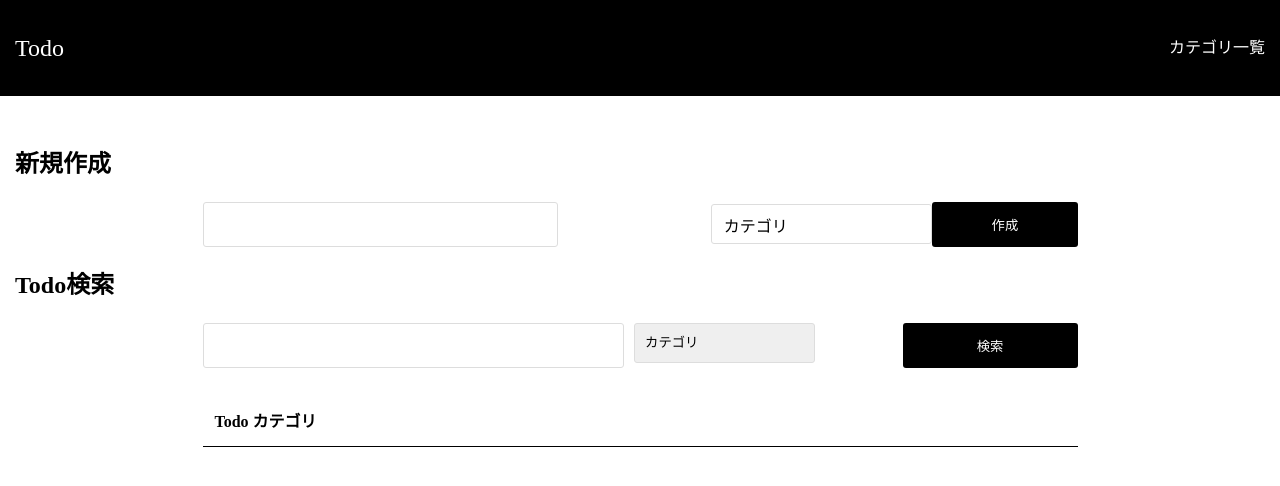
Repository: mayu-ya/todo4
Page: http://localhost/
The author's editor kept a copy of each file at every save. The page is drawn from the files as they stood at one save, then again after the next save.
The browser window is 1280 px wide. The pictures show the whole page.
The page is served by the project's Laravel application, run on PHP 8.4 with Laravel 8. Queries for data that is not in the repository find no rows.

Above is the page before, as saved 2026-01-13 16:16:04.

After the next save:
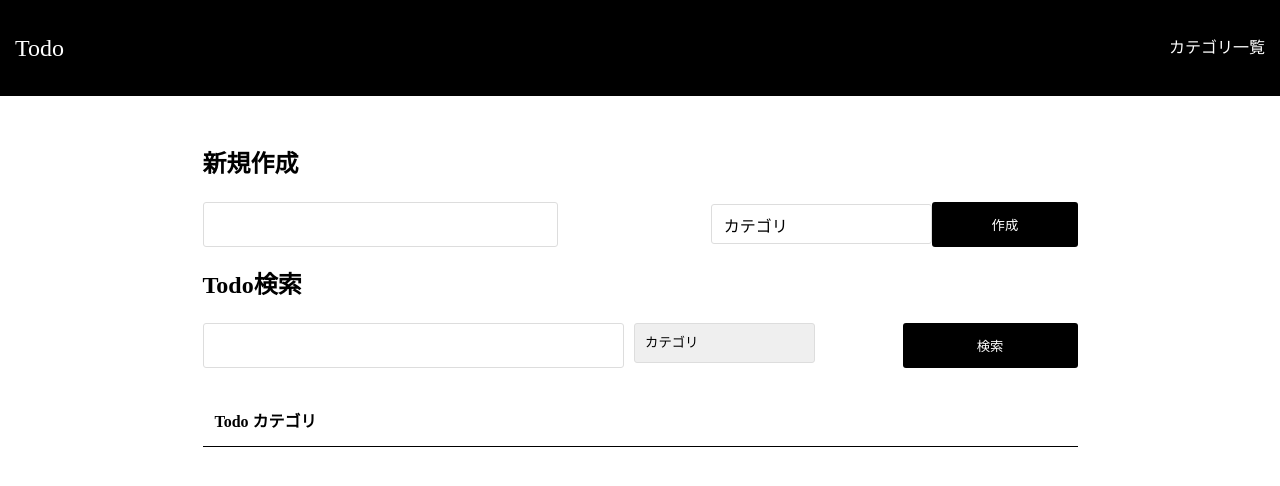
Saved 10 s later.
--- a/src/public/css/index.css
+++ b/src/public/css/index.css
@@ -18,7 +18,7 @@
     padding: 30px 15px;
 }
 
-.section__title {
+.section_title {
     margin: 0 auto;
     width: 70%;
 }
